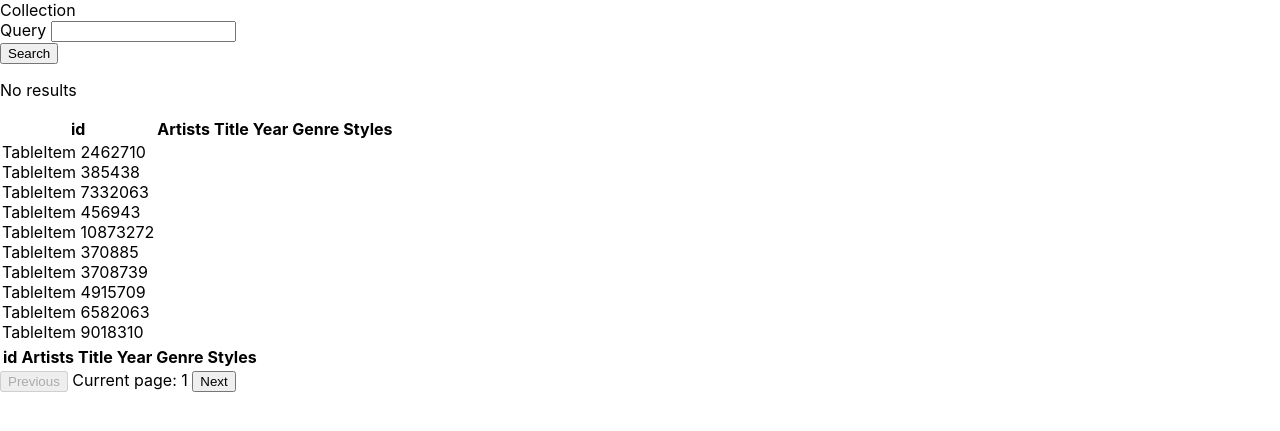
Repository: ivan-baljkas/pristupni_zadatak
Page: / (app in frontend/react-akademija-master/)
An editor plug-in stored every save of this project. The page is shown before and after the next save, followed by the edit.
The browser window is 1280 px wide. The pictures show the whole page.
The project was rebuilt for these pictures with package versions that can differ from the ones it lists, and the page was loaded fresh each time.

Above is the page before, as saved 2021-07-21 13:23:00.

### frontend/react-akademija-master/src/App.js
import React from "react";
import { SearchForm } from "./components/SearchForm";
import { CollectionTable } from "./components/CollectionTable";
import { TableItem } from "./components/TableItem";
import { Pagination } from "./components/Pagination";
import data from "./data.json";

const App = () => {
  console.log(data);

  return (
    <div>
      <header>
        Collection
      </header>
      <SearchForm>
          No results
        </SearchForm>
        <CollectionTable>
        {data.releases.map(release=>(
          <TableItem id={release.id}/>
        ))}
        </CollectionTable>
        <Pagination currentPage={1} pages={2} />
    </div>
  );
};

export default App;

### frontend/react-akademija-master/src/components/SearchForm.jsx
import React, { Component } from 'react'

export const SearchForm = (props) =>{

    return(
        <div>
            <div>
                <label htmlFor="query">Query </label>
                <input type="text" id="query"/>
            </div>
            <div>
                <button type="button">Search</button>
                <p>{props.children}</p>
            </div>

        </div>
    );
};

### frontend/react-akademija-master/src/components/CollectionTable.jsx
import React, { Component } from 'react'
import { TableItem } from './TableItem';
export const CollectionTable = (props) =>{

    return(
        <div>
            <table styles="width:100%">
                <tr>
                    <th>id</th>
                    <th>Artists</th>
                    <th>Title</th>
                    <th>Year</th>
                    <th>Genre</th>
                    <th>Styles</th>
                </tr>
                {props.children}

            </table>

            <table>
            <thead>
                <tr>
                    <th>id</th>
                    <th>Artists</th>
                    <th>Title</th>
                    <th>Year</th>
                    <th>Genre</th>
                    <th>Styles</th>
                </tr>
            </thead>
             <tbody>

            </tbody>

            </table>
        </div>
    );
};

### frontend/react-akademija-master/src/components/TableItem.jsx
import React, { Component } from 'react'

export const TableItem = (props) =>{

    return(
        <div>
            TableItem {props.id}
        </div>
    );
};

### frontend/react-akademija-master/src/components/Pagination.jsx
import React, { Component } from 'react'

export const Pagination = (props) =>{

    return(
        <div>
            <button type="button" disabled = {props.currentPage === 1}>Previous</button>
             <span>  Current page:  {props.currentPage} </span>
             <button type="button"disabled = {props.currentPage === props.pages}>Next</button>
        </div>
    );
};

### frontend/react-akademija-master/src/data.json
{
  "pagination": {
    "page": 1,
    "pages": 26,
    "per_page": 10,
    "items": 255,
    "urls": {
      "first": "https://api.discogs.com/users/adrianmusiccollector/collection/folders/0/releases?per_page=10&page=1",
      "last": "https://api.discogs.com/users/adrianmusiccollector/collection/folders/0/releases?per_page=10&page=26",
      "prev": "https://api.discogs.com/users/adrianmusiccollector/collection/folders/0/releases?per_page=10&page=1",
      "next": "https://api.discogs.com/users/adrianmusiccollector/collection/folders/0/releases?per_page=10&page=3"
    }
  },
  "releases": [
    {
      "id": 2462710,
      "instance_id": 495199692,
      "date_added": "2020-08-04T08:57:28-07:00",
      "rating": 0,
      "basic_information": {
        "id": 2462710,
        "master_id": 28197,
        "master_url": "https://api.discogs.com/masters/28197",
        "resource_url": "https://api.discogs.com/releases/2462710",
        "thumb": "",
        "cover_image": "",
        "title": "Danzig III: How The Gods Kill",
        "year": 0,
        "formats": [
          { "name": "CD", "qty": "1", "descriptions": ["Album", "Reissue"] }
        ],
        "labels": [
          {
            "name": "American Recordings",
            "catno": "491785 2",
            "entity_type": "1",
            "entity_type_name": "Label",
            "id": 2569,
            "resource_url": "https://api.discogs.com/labels/2569"
          },
          {
            "name": "Columbia",
            "catno": "02-491785-10",
            "entity_type": "1",
            "entity_type_name": "Label",
            "id": 1866,
            "resource_url": "https://api.discogs.com/labels/1866"
          }
        ],
        "artists": [
          {
            "name": "Danzig",
            "anv": "",
            "join": "",
            "role": "",
            "tracks": "",
            "id": 217411,
            "resource_url": "https://api.discogs.com/artists/217411"
          }
        ],
        "genres": ["Rock"],
        "styles": ["Blues Rock", "Hard Rock", "Heavy Metal"]
      }
    },
    {
      "id": 385438,
      "instance_id": 495284040,
      "date_added": "2020-08-04T15:46:56-07:00",
      "rating": 0,
      "basic_information": {
        "id": 385438,
        "master_id": 8636,
        "master_url": "https://api.discogs.com/masters/8636",
        "resource_url": "https://api.discogs.com/releases/385438",
        "thumb": "",
        "cover_image": "",
        "title": "For Those About To Rock We Salute You",
        "year": 1994,
        "formats": [
          {
            "name": "CD",
            "qty": "1",
            "descriptions": ["Album", "Reissue", "Remastered"]
          }
        ],
        "labels": [
          {
            "name": "ATCO Records",
            "catno": "7567-92412-2",
            "entity_type": "1",
            "entity_type_name": "Label",
            "id": 3820,
            "resource_url": "https://api.discogs.com/labels/3820"
          }
        ],
        "artists": [
          {
            "name": "AC/DC",
            "anv": "",
            "join": "",
            "role": "",
            "tracks": "",
            "id": 84752,
            "resource_url": "https://api.discogs.com/artists/84752"
          }
        ],
        "genres": ["Rock"],
        "styles": ["Hard Rock"]
      }
    },
    {
      "id": 7332063,
      "instance_id": 495260051,
      "date_added": "2020-08-04T14:14:50-07:00",
      "rating": 0,
      "basic_information": {
        "id": 7332063,
        "master_id": 8580,
        "master_url": "https://api.discogs.com/masters/8580",
        "resource_url": "https://api.discogs.com/releases/7332063",
        "thumb": "",
        "cover_image": "",
        "title": "Live",
        "year": 0,
        "formats": [
          { "name": "CD", "qty": "2", "descriptions": ["Album", "Reissue"] }
        ],
        "labels": [
          {
            "name": "ATCO Records",
            "catno": "7567-92212-2",
            "entity_type": "1",
            "entity_type_name": "Label",
            "id": 3820,
            "resource_url": "https://api.discogs.com/labels/3820"
          },
          {
            "name": "Albert Productions",
            "catno": "7567-92212-2",
            "entity_type": "1",
            "entity_type_name": "Label",
            "id": 33440,
            "resource_url": "https://api.discogs.com/labels/33440"
          }
        ],
        "artists": [
          {
            "name": "AC/DC",
            "anv": "",
            "join": "",
            "role": "",
            "tracks": "",
            "id": 84752,
            "resource_url": "https://api.discogs.com/artists/84752"
          }
        ],
        "genres": ["Rock"],
        "styles": ["Hard Rock", "Rock & Roll"]
      }
    },
    {
      "id": 456943,
      "instance_id": 495284592,
      "date_added": "2020-08-04T15:48:52-07:00",
      "rating": 0,
      "basic_information": {
        "id": 456943,
        "master_id": 8437,
        "master_url": "https://api.discogs.com/masters/8437",
        "resource_url": "https://api.discogs.com/releases/456943",
        "thumb": "",
        "cover_image": "",
        "title": "High Voltage",
        "year": 1994,
        "formats": [
          {
            "name": "CD",
            "qty": "1",
            "descriptions": ["Album", "Reissue", "Remastered"]
          }
        ],
        "labels": [
          {
            "name": "ATCO Records",
            "catno": "7567-92413-2",
            "entity_type": "1",
            "entity_type_name": "Label",
            "id": 3820,
            "resource_url": "https://api.discogs.com/labels/3820"
          },
          {
            "name": "ATCO Records",
            "catno": "92413-2",
            "entity_type": "1",
            "entity_type_name": "Label",
            "id": 3820,
            "resource_url": "https://api.discogs.com/labels/3820"
          }
        ],
        "artists": [
          {
            "name": "AC/DC",
            "anv": "",
            "join": "",
            "role": "",
            "tracks": "",
            "id": 84752,
            "resource_url": "https://api.discogs.com/artists/84752"
          }
        ],
        "genres": ["Rock"],
        "styles": ["Hard Rock"]
      }
    },
    {
      "id": 10873272,
      "instance_id": 719463895,
      "date_added": "2021-05-31T11:07:58-07:00",
      "rating": 0,
      "basic_information": {
        "id": 10873272,
        "master_id": 315130,
        "master_url": "https://api.discogs.com/masters/315130",
        "resource_url": "https://api.discogs.com/releases/10873272",
        "thumb": "",
        "cover_image": "",
        "title": "Lightning Strikes",
        "year": 1986,
        "formats": [{ "name": "CD", "qty": "1", "descriptions": ["Album"] }],
        "labels": [
          {
            "name": "ATCO Records",
            "catno": "790 512-2",
            "entity_type": "1",
            "entity_type_name": "Label",
            "id": 3820,
            "resource_url": "https://api.discogs.com/labels/3820"
          },
          {
            "name": "ATCO Records",
            "catno": "90512-2",
            "entity_type": "1",
            "entity_type_name": "Label",
            "id": 3820,
            "resource_url": "https://api.discogs.com/labels/3820"
          }
        ],
        "artists": [
          {
            "name": "Loudness (5)",
            "anv": "",
            "join": "",
            "role": "",
            "tracks": "",
            "id": 594808,
            "resource_url": "https://api.discogs.com/artists/594808"
          }
        ],
        "genres": ["Rock"],
        "styles": ["Hard Rock", "Heavy Metal"]
      }
    },
    {
      "id": 370885,
      "instance_id": 495193819,
      "date_added": "2020-08-04T08:15:48-07:00",
      "rating": 0,
      "basic_information": {
        "id": 370885,
        "master_id": 8670,
        "master_url": "https://api.discogs.com/masters/8670",
        "resource_url": "https://api.discogs.com/releases/370885",
        "thumb": "",
        "cover_image": "",
        "title": "The Razors Edge",
        "year": 1990,
        "formats": [{ "name": "CD", "qty": "1", "descriptions": ["Album"] }],
        "labels": [
          {
            "name": "ATCO Records",
            "catno": "7567-91413-2",
            "entity_type": "1",
            "entity_type_name": "Label",
            "id": 3820,
            "resource_url": "https://api.discogs.com/labels/3820"
          },
          {
            "name": "ATCO Records",
            "catno": "7567-91413-2 YS",
            "entity_type": "1",
            "entity_type_name": "Label",
            "id": 3820,
            "resource_url": "https://api.discogs.com/labels/3820"
          },
          {
            "name": "Albert Productions",
            "catno": "7567-91413-2",
            "entity_type": "1",
            "entity_type_name": "Label",
            "id": 33440,
            "resource_url": "https://api.discogs.com/labels/33440"
          },
          {
            "name": "Albert Productions",
            "catno": "7567-91413-2 YS",
            "entity_type": "1",
            "entity_type_name": "Label",
            "id": 33440,
            "resource_url": "https://api.discogs.com/labels/33440"
          }
        ],
        "artists": [
          {
            "name": "AC/DC",
            "anv": "",
            "join": "",
            "role": "",
            "tracks": "",
            "id": 84752,
            "resource_url": "https://api.discogs.com/artists/84752"
          }
        ],
        "genres": ["Rock"],
        "styles": ["Hard Rock"]
      }
    },
    {
      "id": 3708739,
      "instance_id": 659792917,
      "date_added": "2021-04-01T02:51:07-07:00",
      "rating": 0,
      "basic_information": {
        "id": 3708739,
        "master_id": 451115,
        "master_url": "https://api.discogs.com/masters/451115",
        "resource_url": "https://api.discogs.com/releases/3708739",
        "thumb": "",
        "cover_image": "",
        "title": "Loudness",
        "year": 1992,
        "formats": [{ "name": "CD", "qty": "1", "descriptions": ["Album"] }],
        "labels": [
          {
            "name": "ATCO Records",
            "catno": "WPCL-657",
            "entity_type": "1",
            "entity_type_name": "Label",
            "id": 3820,
            "resource_url": "https://api.discogs.com/labels/3820"
          },
          {
            "name": "Warner Music Japan",
            "catno": "WPCL-657",
            "entity_type": "1",
            "entity_type_name": "Label",
            "id": 52253,
            "resource_url": "https://api.discogs.com/labels/52253"
          }
        ],
        "artists": [
          {
            "name": "Loudness (5)",
            "anv": "",
            "join": "",
            "role": "",
            "tracks": "",
            "id": 594808,
            "resource_url": "https://api.discogs.com/artists/594808"
          }
        ],
        "genres": ["Rock"],
        "styles": ["Speed Metal", "Hard Rock", "Heavy Metal"]
      }
    },
    {
      "id": 4915709,
      "instance_id": 495258801,
      "date_added": "2020-08-04T14:09:39-07:00",
      "rating": 0,
      "basic_information": {
        "id": 4915709,
        "master_id": 578071,
        "master_url": "https://api.discogs.com/masters/578071",
        "resource_url": "https://api.discogs.com/releases/4915709",
        "thumb": "",
        "cover_image": "",
        "title": "Operation Mindcrime + Queen Of The Reich ",
        "year": 1999,
        "formats": [
          {
            "name": "CD",
            "qty": "2",
            "text": "Media book",
            "descriptions": [
              "Compilation",
              "Deluxe Edition",
              "Reissue",
              "Remastered"
            ]
          }
        ],
        "labels": [
          {
            "name": "Axe Killer Records",
            "catno": "3052182",
            "entity_type": "1",
            "entity_type_name": "Label",
            "id": 83934,
            "resource_url": "https://api.discogs.com/labels/83934"
          },
          {
            "name": "Axe Killer Records",
            "catno": "Wag 351",
            "entity_type": "1",
            "entity_type_name": "Label",
            "id": 83934,
            "resource_url": "https://api.discogs.com/labels/83934"
          }
        ],
        "artists": [
          {
            "name": "Queensr\u00ffche",
            "anv": "",
            "join": "",
            "role": "",
            "tracks": "",
            "id": 255363,
            "resource_url": "https://api.discogs.com/artists/255363"
          }
        ],
        "genres": ["Rock"],
        "styles": ["Heavy Metal"]
      }
    },
    {
      "id": 6582063,
      "instance_id": 495262219,
      "date_added": "2020-08-04T14:24:02-07:00",
      "rating": 0,
      "basic_information": {
        "id": 6582063,
        "master_id": 29521,
        "master_url": "https://api.discogs.com/masters/29521",
        "resource_url": "https://api.discogs.com/releases/6582063",
        "thumb": "",
        "cover_image": "",
        "title": "Metal Heart",
        "year": 0,
        "formats": [
          {
            "name": "CD",
            "qty": "1",
            "descriptions": ["Album", "Reissue", "Remastered", "Repress"]
          }
        ],
        "labels": [
          {
            "name": "BMG",
            "catno": "74321 93213 2",
            "entity_type": "1",
            "entity_type_name": "Label",
            "id": 1003,
            "resource_url": "https://api.discogs.com/labels/1003"
          },
          {
            "name": "RCA",
            "catno": "74321 93213 2",
            "entity_type": "1",
            "entity_type_name": "Label",
            "id": 895,
            "resource_url": "https://api.discogs.com/labels/895"
          },
          {
            "name": "Musicline.de",
            "catno": "74321 93213 2",
            "entity_type": "1",
            "entity_type_name": "Label",
            "id": 651772,
            "resource_url": "https://api.discogs.com/labels/651772"
          }
        ],
        "artists": [
          {
            "name": "Accept",
            "anv": "",
            "join": "",
            "role": "",
            "tracks": "",
            "id": 271475,
            "resource_url": "https://api.discogs.com/artists/271475"
          }
        ],
        "genres": ["Rock"],
        "styles": ["Heavy Metal"]
      }
    },
    {
      "id": 9018310,
      "instance_id": 495282966,
      "date_added": "2020-08-04T15:43:26-07:00",
      "rating": 0,
      "basic_information": {
        "id": 9018310,
        "master_id": 4844,
        "master_url": "https://api.discogs.com/masters/4844",
        "resource_url": "https://api.discogs.com/releases/9018310",
        "thumb": "",
        "cover_image": "",
        "title": "Master Of Reality",
        "year": 2014,
        "formats": [
          {
            "name": "CD",
            "qty": "1",
            "text": "Digipak",
            "descriptions": ["Album", "Reissue", "Remastered"]
          }
        ],
        "labels": [
          {
            "name": "BMG",
            "catno": "2730325",
            "entity_type": "1",
            "entity_type_name": "Label",
            "id": 1003,
            "resource_url": "https://api.discogs.com/labels/1003"
          },
          {
            "name": "Sanctuary",
            "catno": "2730325",
            "entity_type": "1",
            "entity_type_name": "Label",
            "id": 28233,
            "resource_url": "https://api.discogs.com/labels/28233"
          }
        ],
        "artists": [
          {
            "name": "Black Sabbath",
            "anv": "",
            "join": "",
            "role": "",
            "tracks": "",
            "id": 144998,
            "resource_url": "https://api.discogs.com/artists/144998"
          }
        ],
        "genres": ["Rock"],
        "styles": ["Hard Rock", "Heavy Metal"]
      }
    }
  ]
}

Loaded but not shown: frontend/react-akademija-master/public/index.html (common file); frontend/react-akademija-master/src/index.js (common file); frontend/react-akademija-master/src/index.css (common file); frontend/react-akademija-master/src/reportWebVitals.js (common file)

After the next save:
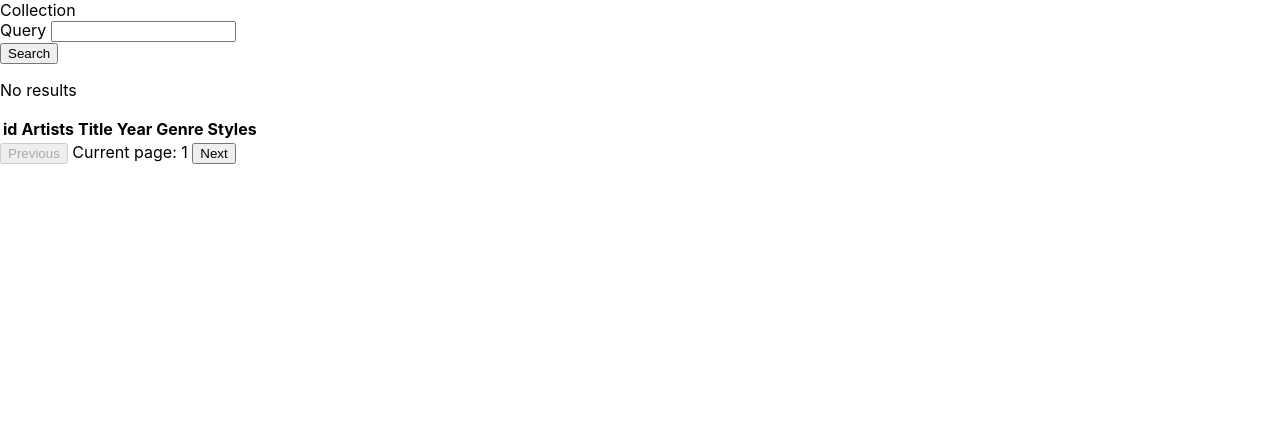
Saved 17 s later.
--- a/frontend/react-akademija-master/src/components/CollectionTable.jsx
+++ b/frontend/react-akademija-master/src/components/CollectionTable.jsx
@@ -4,19 +4,6 @@ export const CollectionTable = (props) =>{
 
     return(
         <div>
-            <table styles="width:100%">
-                <tr>
-                    <th>id</th>
-                    <th>Artists</th>
-                    <th>Title</th>
-                    <th>Year</th>
-                    <th>Genre</th>
-                    <th>Styles</th>
-                </tr>
-                {props.children}
-
-            </table>
-
             <table>
             <thead>
                 <tr>
